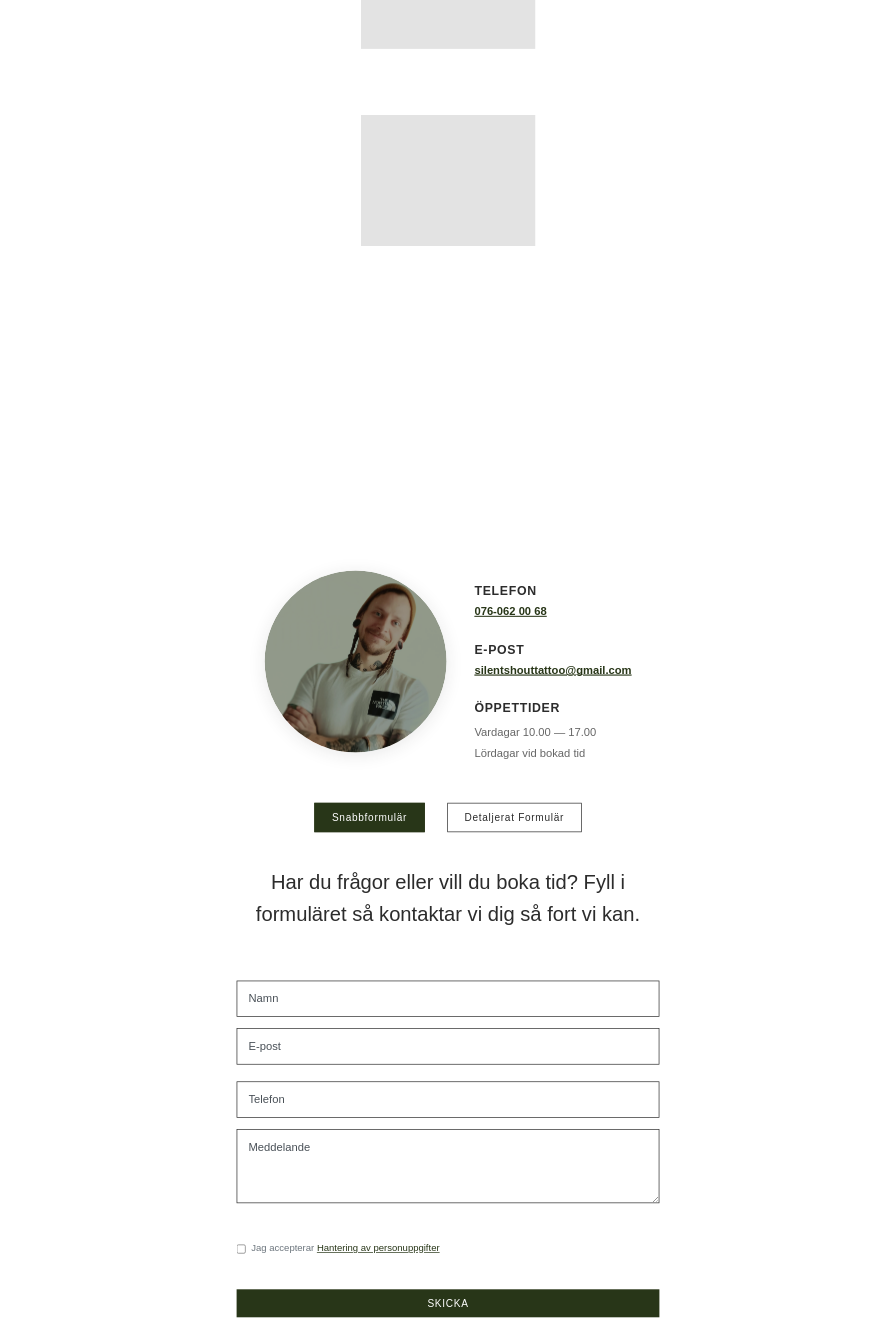
Repository: public-websites/silentshouttattoose
Page: index.html
The author's editor kept a copy of each file at every save. The page is drawn from the files as they stood at one save, then again after the next save.
The browser window is 1280 px wide. The pictures show the part of the page from y = 3267 to 5187 px (the page is 6977 px tall), at 70% of full size.
Pictures or frames that could not be fetched are drawn as grey boxes.

Above is the page before, as saved 2025-08-19 08:24:54.

After the next save:
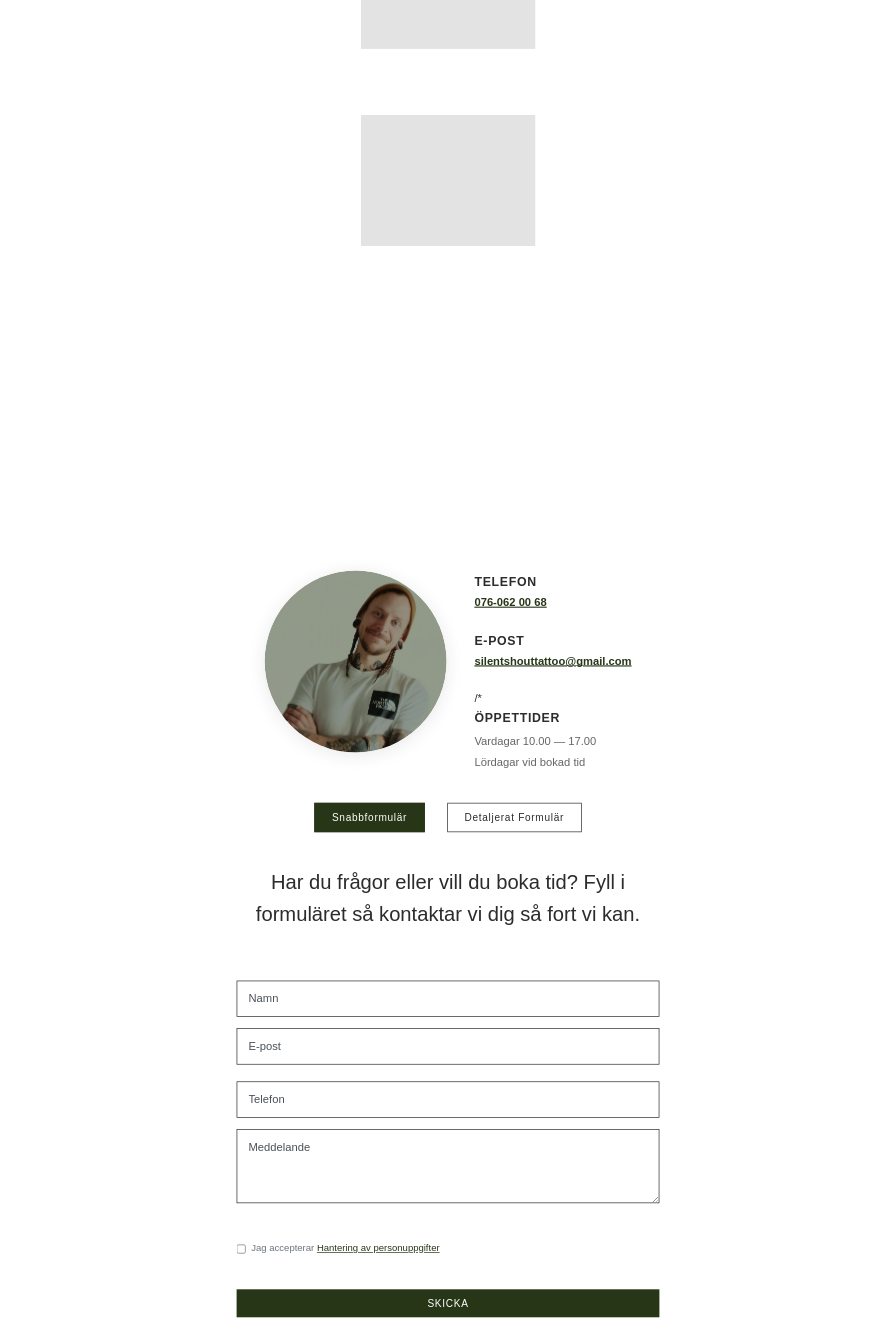
Saved 33 s later.
--- a/index.html
+++ b/index.html
@@ -144,7 +144,7 @@
                             <p><a href="mailto:silentshouttattoo@gmail.com">silentshouttattoo@gmail.com</a></p>
                         </div>
                         <div class="opening-hours">
-                            <h4>Öppettider</h4>
+                            /* <h4>Öppettider</h4>
                             <p>Vardagar 10.00 — 17.00</p>
                             <p>Lördagar vid bokad tid</p>
                         </div>

After the save that followed:
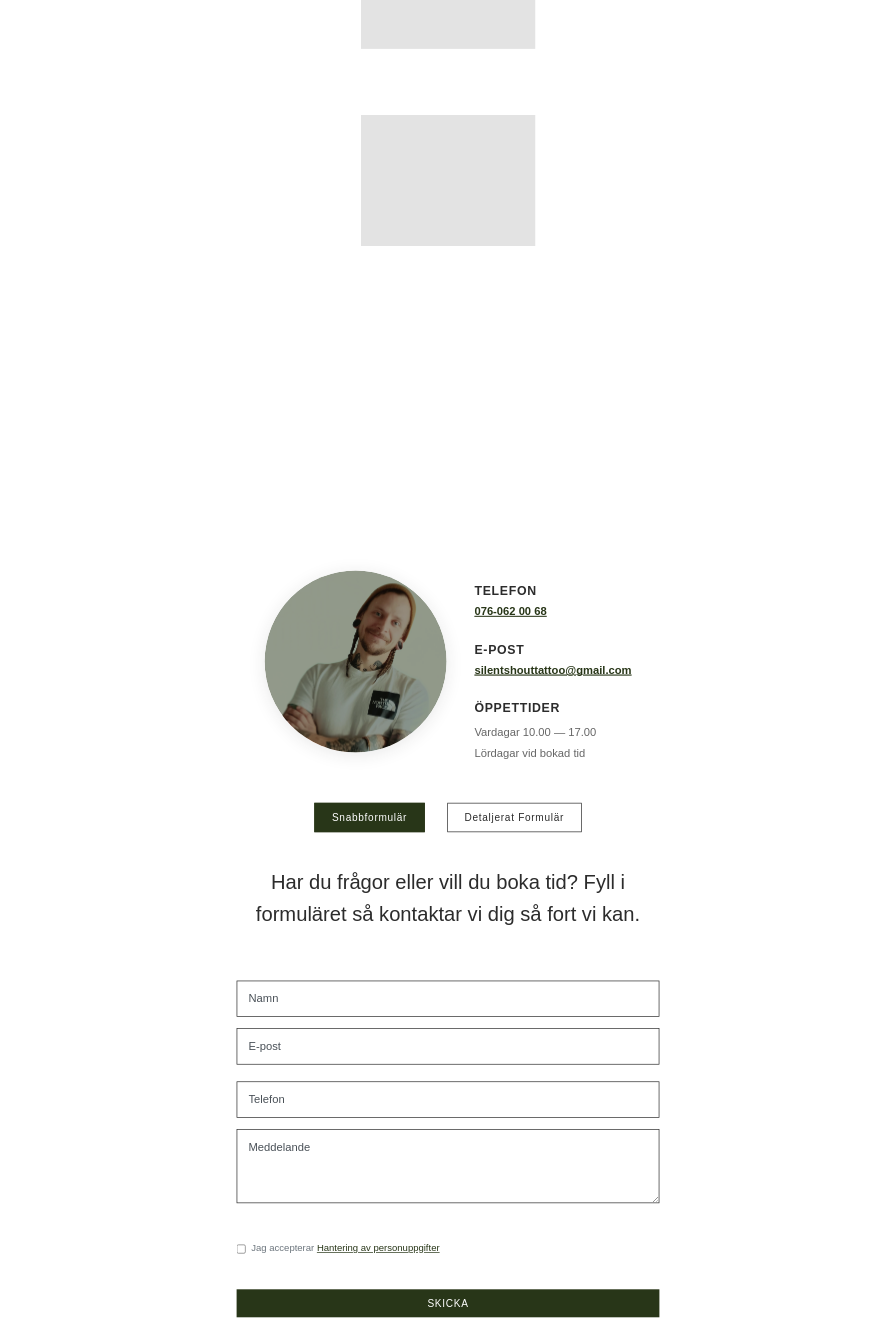
Saved 4 s later.
--- a/index.html
+++ b/index.html
@@ -144,7 +144,7 @@
                             <p><a href="mailto:silentshouttattoo@gmail.com">silentshouttattoo@gmail.com</a></p>
                         </div>
                         <div class="opening-hours">
-                            /* <h4>Öppettider</h4>
+                            <h4>Öppettider</h4>
                             <p>Vardagar 10.00 — 17.00</p>
                             <p>Lördagar vid bokad tid</p>
                         </div>
